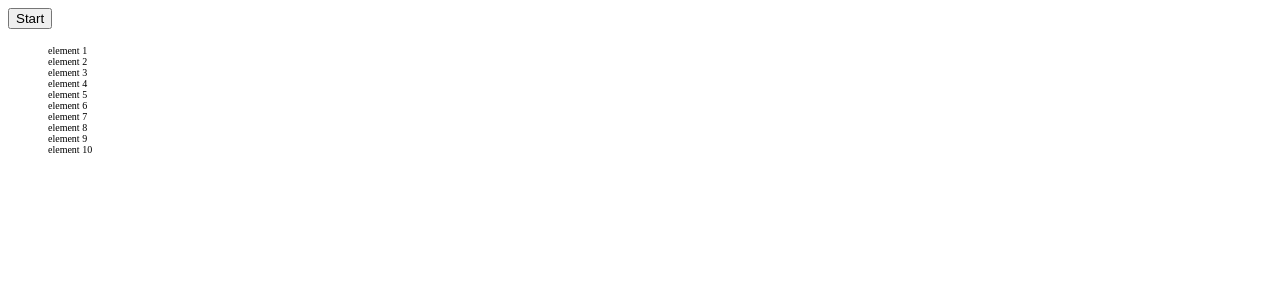
Repository: bartosz1919/Exercise-with-JS---MouseEvents--
Page: index.html
The author's editor kept a copy of each file at every save. The page is drawn from the files as they stood at one save, then again after the next save.
The browser window is 1280 px wide. The pictures show the whole page.
After loading, the first visible `button` was clicked once.

Above is the page before, as saved 2020-03-24 23:11:29.

### index.html
<!-- Projekt 3 - PĘTLA - PLIK STARTOWY ZADANIE 1 -->
<!-- Gotowy projekt możesz zobacz tutaj https://websamuraj.pl/examples/js/projekt3-zad1/ -->

<!--
Lista jest już stworzona w strukturze html, ale domyślnie niewidoczna (display: none).
- Po kliknięciu na przycisk (button już jest) mamy sprawić by każdy element li był widoczny (ustawienie własciwości display na block)
- by po każdym kliknięciu w button wielkość fonta była o jeden większa od początkowego (ustaw w JS wartość początkową na 10px, użyj zmiennej).

Nie zmieniaj nic w html i css. Mozesz zmieniać tylko plik JavaScript.

Zrób to zadanie (najpierw) za pomocą pętli i (potem) za pomocą metody forEach.

-->
<!DOCTYPE html>
<html lang="en">

<head>
  <meta charset="UTF-8">
  <title>10 elementów listy</title>
  <style>
    li {
      display: none
    }
  </style>

</head>

<body>
  <!-- Ciekawostka: By stworzyć taką strukturę za pomocą skrótu (Emmet) możesz napisać: button+ul>li*10>{element - $} -->

  <button>Start</button>
  <ul>
    <li>element 1</li>
    <li>element 2</li>
    <li>element 3</li>
    <li>element 4</li>
    <li>element 5</li>
    <li>element 6</li>
    <li>element 7</li>
    <li>element 8</li>
    <li>element 9</li>
    <li>element 10</li>
  </ul>

  <script src="main.js"></script>

</body>

</html>

### main.js
const btn = document.querySelector("button");
const li = document.querySelectorAll("li");
let size = 10;


btn.addEventListener("click", () => {



    for (let i = 0; i < li.length; i++) {

        li[i].style.display = "block";
        li[i].style.fontSize = size + 'px';

        console.log(size);


    }

    size++

})

After the next save:
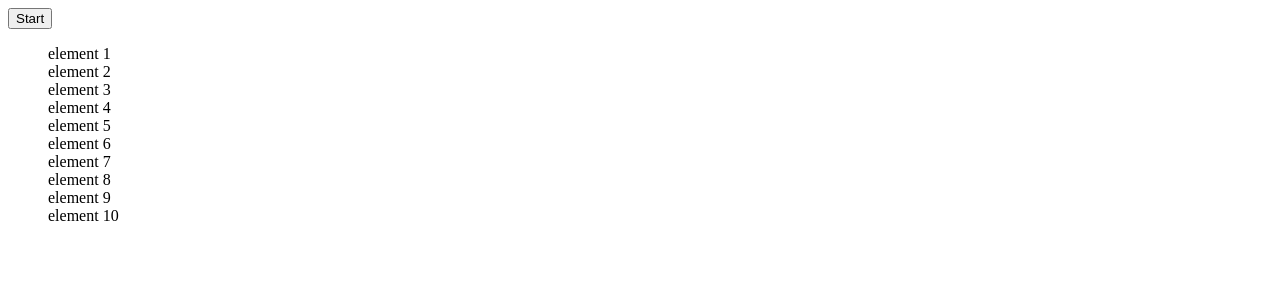
Saved 31 s later.
--- a/main.js
+++ b/main.js
@@ -10,7 +10,7 @@ btn.addEventListener("click", () => {
     for (let i = 0; i < li.length; i++) {
 
         li[i].style.display = "block";
-        li[i].style.fontSize = size + 'px';
+        li[i].style.fontSize = '${size}px';
 
         console.log(size);
 
